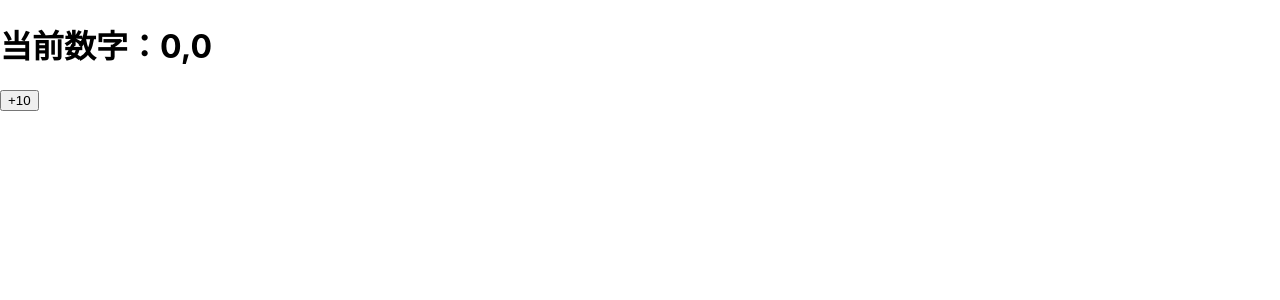
Repository: ZhangCoder0812/zf-react-project
Page: /
These files come from the project's save history. The page is drawn as it stood at one moment and after a run of saves; the edit follows.
The browser window is 1280 px wide. The pictures show the whole page.
The project was rebuilt for these pictures with package versions that can differ from the ones it lists, and the page was loaded fresh each time.

Above is the page before, as saved 2021-05-17 10:30:57.

After the next 2 saves:
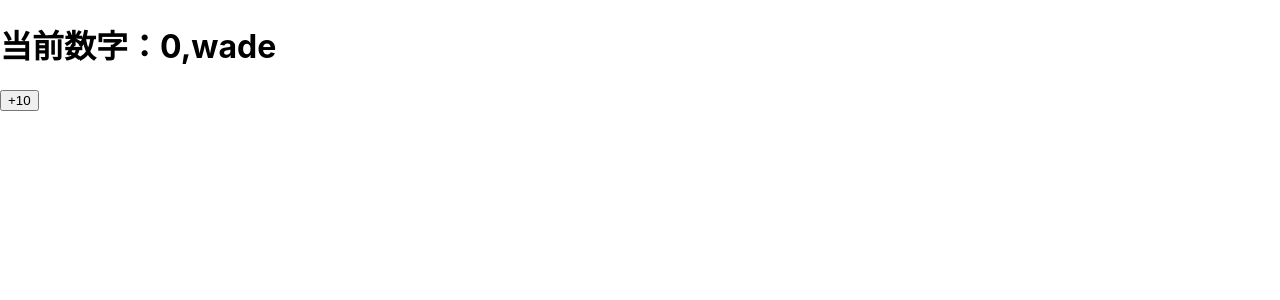
The 2 saves are shown as one change because they came seconds apart.
The last was saved 8 s later.
--- a/src/App.js
+++ b/src/App.js
@@ -48,6 +48,7 @@ function App1(props) {
 function App() {
     let [state, setState] = useState({
         count: 0,
+        name: "wade",
     });
     const changCount = num => {
         setState({
@@ -56,7 +57,9 @@ function App() {
     };
     return (
         <div>
-            <h1>当前数字：{state.count},{state.count}</h1>
+            <h1>
+                当前数字：{state.count},{state.name}
+            </h1>
             <button onClick={() => changCount(10)}>+10</button>
         </div>
     );
